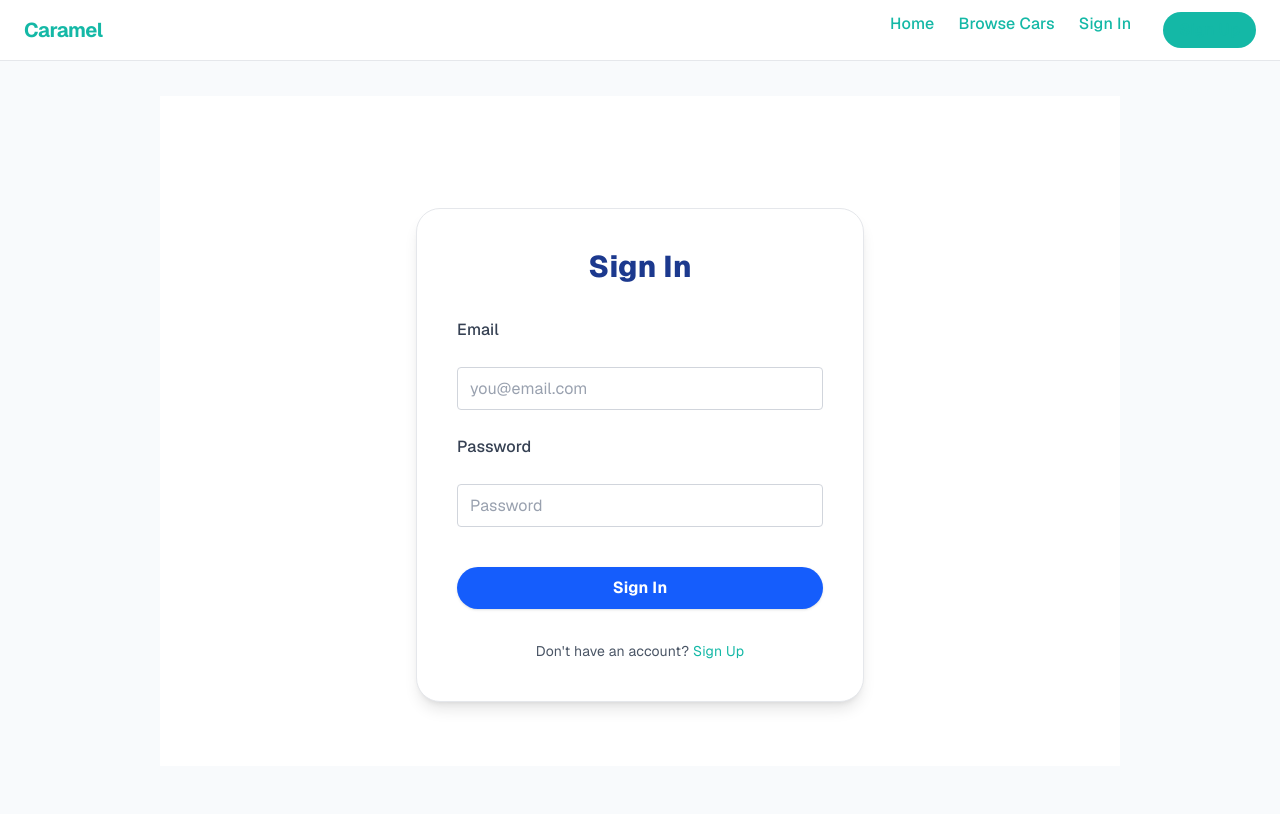
Repository: virat07/sellyourcar
Page: /auth/signin
The author's editor kept a copy of each file at every save. The page is drawn from the files as they stood at one save, then again after the next save.
The browser window is 1280 px wide. The pictures show the whole page.
The project was rebuilt for these pictures with package versions that can differ from the ones it lists, and the page was loaded fresh each time. The framework's server and built-in components were replaced by stand-ins that run in the browser. Also part of the build but not shown: next.config.ts.

Above is the page before, as saved 2025-07-18 15:19:55.

After the next save:
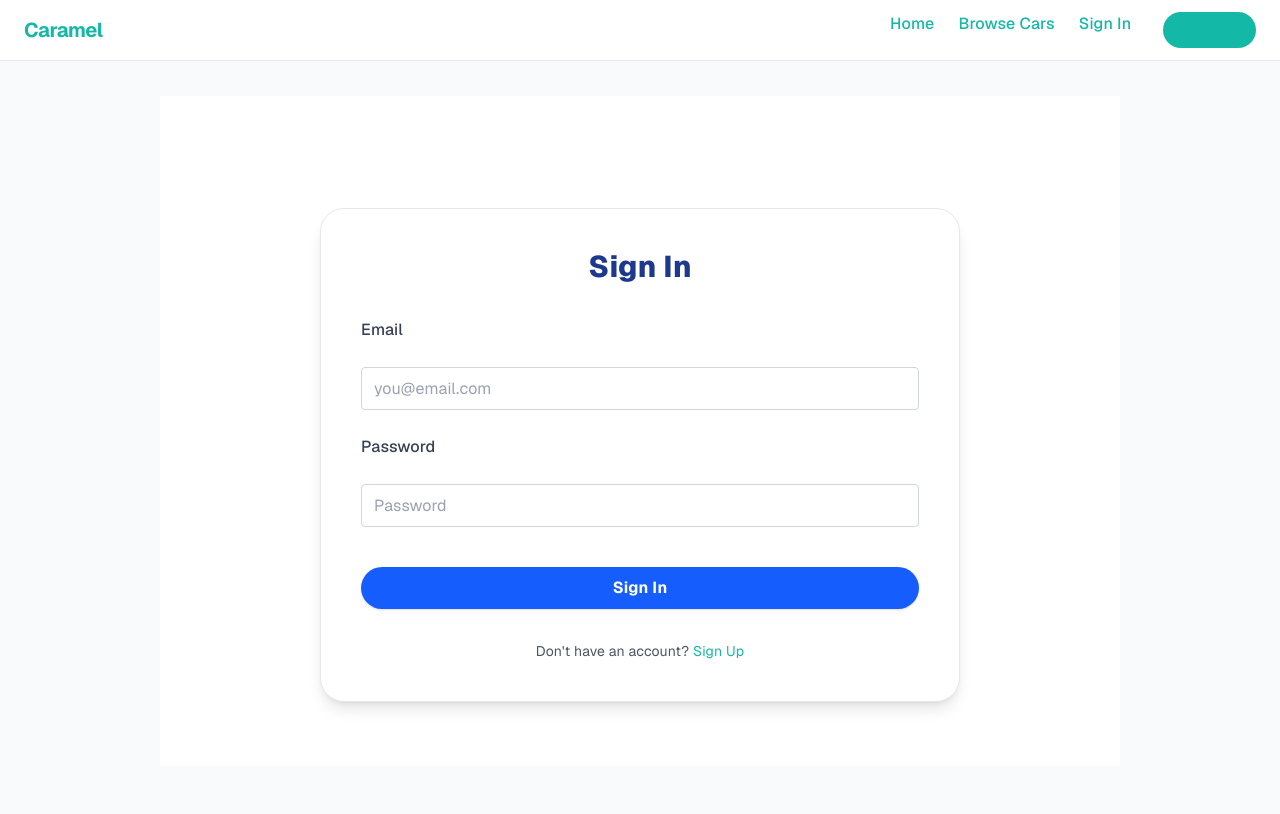
Saved 4 s later.
--- a/src/app/auth/signin/page.tsx
+++ b/src/app/auth/signin/page.tsx
@@ -1,7 +1,7 @@
 export default function SignInPage() {
   return (
     <main className="flex flex-col items-center justify-center min-h-[90vh] bg-white pt-28 pb-16 px-2">
-      <form className="bg-white border border-gray-200 rounded-3xl shadow-lg p-10 w-full max-w-md flex flex-col gap-6">
+      <form className="bg-white border border-gray-200 rounded-3xl shadow-lg p-10 w-full max-w-screen-sm flex flex-col gap-6">
         <h2 className="text-3xl font-extrabold text-blue-900 mb-2 text-center">Sign In</h2>
         <label className="text-left font-medium text-gray-700">Email</label>
         <input type="email" className="border border-gray-300 rounded px-3 py-2 bg-white text-gray-900 placeholder:text-gray-400 focus:border-blue-500 focus:ring-2 focus:ring-blue-200 focus:outline-none" placeholder="you@email.com" required />
